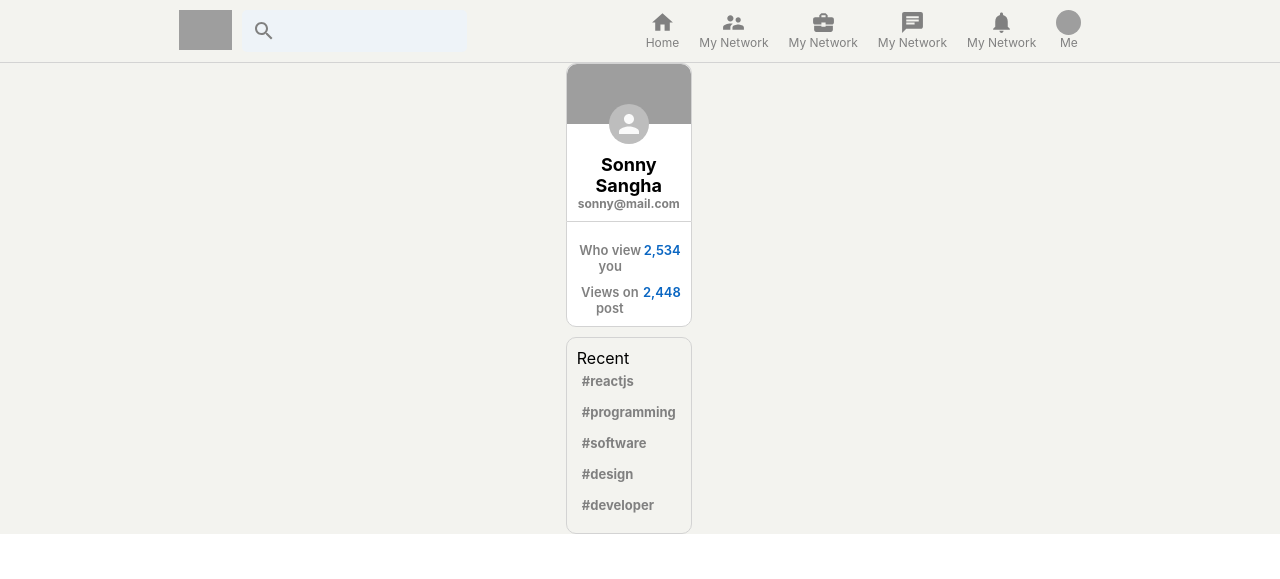
Repository: joaogamarra/linkedin-clone
Page: /
These files come from the project's save history. The page is drawn as it stood at one moment and after the next save; the edit follows.
The browser window is 1280 px wide. The pictures show the whole page.
Pictures or frames that could not be fetched are drawn as grey boxes. The project was rebuilt for these pictures with package versions that can differ from the ones it lists, and the page was loaded fresh each time.

Above is the page before, as saved 2021-02-18 23:34:03.

After the next save:
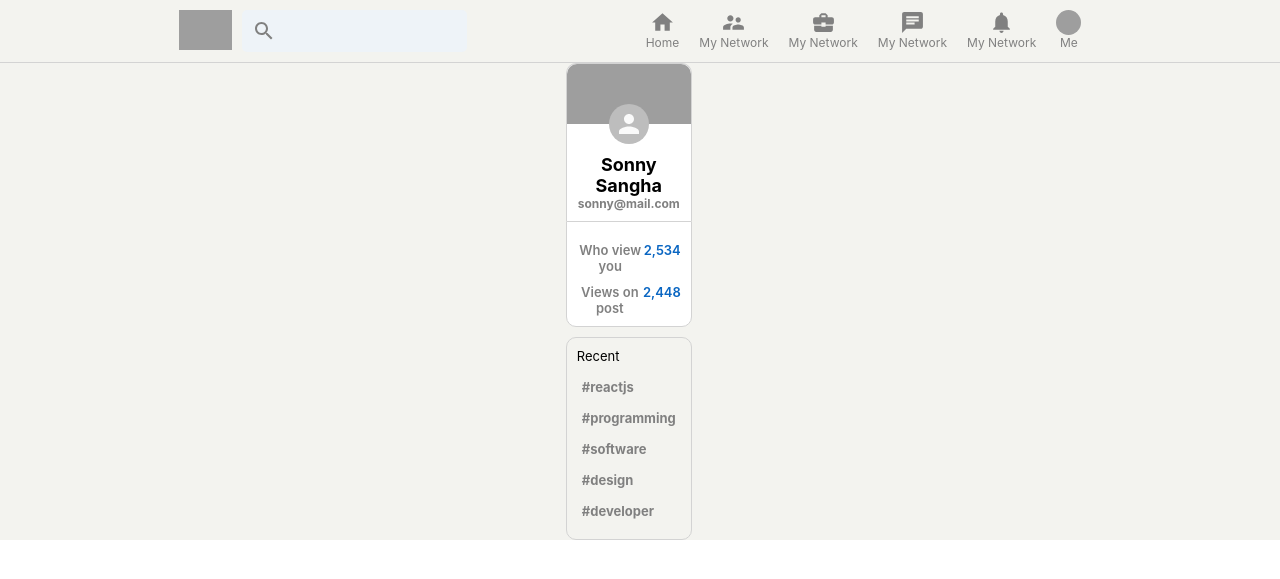
Saved 6 min 9 s later.
--- a/src/components/sidebar/Sidebar.css
+++ b/src/components/sidebar/Sidebar.css
@@ -73,6 +73,11 @@
 	margin-top: 10px;
 }
 
+.sidebar__bottom > p {
+	font-size: 13px;
+	padding-bottom: 10px;
+}
+
 .sidebar__recentItem {
 	display: flex;
 	font-size: 13px;
